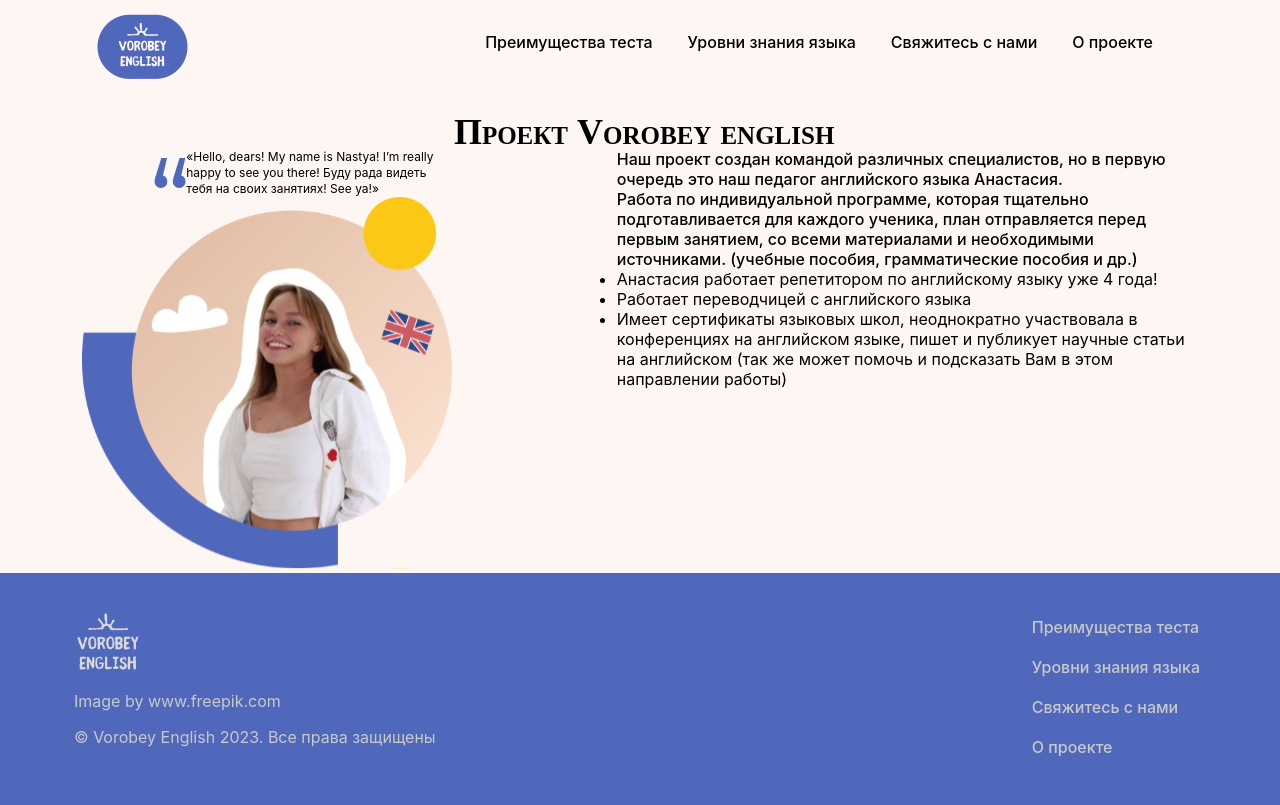
Repository: WladimirVA/PP-01-01_Dandelions
Page: info-customer.html
These files come from the project's save history. The page is drawn as it stood at one moment and after the next save; the edit follows.
The browser window is 1280 px wide. The pictures show the whole page.

Above is the page before, as saved 2023-03-17 10:35:35.

### info-customer.html
<!DOCTYPE html>
<html lang="ru">
<head>
    <meta charset="UTF-8">
    <meta http-equiv="X-UA-Compatible" content="IE=edge">
    <meta name="viewport" content="width=device-width, initial-scale=1.0">
    <link href="./static/css/vorobey.css" rel="stylesheet" type="text/css">
    <link href="./static/css/style.css" rel="stylesheet" type="text/css">
    <link href="./static/css/test.css" rel="stylesheet" type="text/css">
    <link href="./static/css/fonts.css" rel="stylesheet" type="text/css">
    <link rel="icon" sizes="16x16" href="./static/img/Иконка _Лого_ (1_1).svg" type="image/x-icon">
    <title>Vorobeyenglish</title>
</head>
<body>
<header class="header" di="HOME">
    <div class="section">
        <div class="section-header">
            <div class="logo">
                <a href="./"><img src="./static/img/Иконка _Лого_ (1).svg"></a>
            </div>
            <nav>
                <ul class="header-nav">
                    <li><a class="link" href="/">Преимущества теста</a></li>
                    <li><a class="link" href="/">Уровни знания языка</a></li>
                    <li><a class="link" href="mailto:englishtest@yandex.ru">Свяжитесь с нами</a></li>
                    <li><a class="link" href="#">О проекте</a></li>
                </ul>
            </nav>
        </div>
    </div>
</header>
<main>
    <section class="PROECT_VOROBEY">
        <div class="section">
            <div class="content">
                <div class="vorobey-bloc1">
                    <div class="vorobey">
                        <h2 class="vorobey-p">Проект Vorobey english</h2>
                        <div class="foto-vorobey">
                            <img src="./static/img/,,.svg">
                            <p>«Hello, dears! My name is Nastya! I’m really happy to see you there! Буду рада видеть тебя на своих занятиях! See ya!»</p>
                        </div>
                        <img src="./static/img/Group 88 2 1.svg">
                    </div>
                    <div class="help_vorobey">
                        <div class="help-p">
                            <p>Наш проект создан командой различных специалистов, но в первую очередь это наш педагог английского языка Анастасия.</p>
                            <p>Работа по индивидуальной программе, которая тщательно подготавливается для каждого ученика, план отправляется перед первым занятием, со всеми материалами и необходимыми источниками. (учебные пособия, грамматические пособия и др.)</p>
                        </div>
                            <ul>
                            <li>Анастасия работает репетитором по английскому языку уже 4 года!</li>
                            <li>Работает переводчицей с английского языка </li>
                            <li>Имеет сертификаты языковых школ, неоднократно участвовала в конференциях на английском языке, пишет и публикует научные статьи на английском (так же может помочь и подсказать Вам в этом направлении работы)</li>
                        </ul>
                    </div>
                </div>
            </div>
        </div>
    </section>
</main>
<footer class="FOOTER">
    <div class="section-footer">
            <div class="footer-logo">
                <a href="./"><img src="./static/img/Vector (3).svg"></a>
                <p class="footer-logo-p">Image by www.freepik.com</p>
                <p class="footer-logo-p2">© Vorobey English 2023. Все права защищены</p>
            </div>
            <div class="footer-navi">
                <nav>
                    <ul class="footer-nav">
                        <li><a class="footer-link" href="/">Преимущества теста</a></li>
                        <li><a class="footer-link" href="/">Уровни знания языка</a></li>
                        <li><a class="footer-link" href="mailto:englishtest@yandex.ru">Свяжитесь с нами</a></li>
                        <li><a class="footer-link" href="#">О проекте</a></li>
                    </ul>
                </nav>
            </div>
    </div>
</footer>

</body>

</html>

### static/css/vorobey.css
.vorobey-p{
    font-family: 'Work Sans';
    font-style: normal;
    font-weight: 600;
    font-size: 36px;
    line-height: 48px;
    position: absolute;
    width: 458px;
    height: 48px;
    left: 454px;
    top: 108px;
    display: flex;
    align-items: center;
    text-align: center;
    font-variant: small-caps;
    color: #000000;
}

.foto-vorobey {
    display: flex;
    justify-content: flex-end;
}

.foto-vorobey p {
    width: 266px;
    left: 394px;
    top: 213px;
    font-family: 'Inter';
    font-style: normal;
    font-weight: 400;
    font-size: 12px;
    line-height: 16px;
    color: #000000;
}

.vorobey-bloc1 {
    display: flex;
    justify-content: space-around;
}

.help-p {

    left: 693px;
    top: 273px;
    font-family: 'Inter';
    font-style: normal;
    font-weight: 500;
    font-size: 16px;
    line-height: 20px;
    color: #000000;
}

.help_vorobey {
    width: 581px;
}

### static/css/style.css
body {
    scroll-behavior: smooth;
    align-items: center;
    width: 100%;
    max-width: 1366px;
    margin: auto;
    font-family: 'Inter', 'Work Sans', "NunitoSans-Light", Arial, Helvetica, sans-serif;
}

.section {
    margin: 0 auto;
    max-width: 1366px;
}

* {
    margin: 0;
    padding: 0;
}
.header {
    padding: 0 92px 0 59px;
    background-color: #FEF6F3;
}
.section-header {
    justify-content: space-between;
    height: 83px;
    width: 100%;
    display: flex;
    align-items: center;
}
.logo {
    width: 84px;
    height: auto;
}
.header-nav {
    display: flex;
    list-style-type: none;
}
.link {
    text-decoration: none;
    /* cursor: pointer; */
    font-family: 'Inter';
    font-weight: 500;
    font-size: 16px;
    line-height: 19px;
    color: #000000;
}
.header-nav li {
    margin-right: 35px;
}

.HOME {
    padding: 0 92px 108px 93px;
    background-color: #FEF6F3;
}
.section-home {
    align-items: center;
    display: flex;
    justify-content: space-between;
    margin-top: -90px;
}


.title {
    font-family: 'Work Sans';
    font-style: normal;
    font-weight: 600;
    font-size: 40px;
    line-height: 48px;
    display: flex;
    align-items: center;
    letter-spacing: 0.02em;
    text-transform: uppercase;
}
.home_p {
    font-family: 'Work Sans';
    font-style: normal;
    font-weight: 400;
    font-size: 20px;
    line-height: 24px;
    margin-top: 43px;
}

.home_ul {
    margin-top: 35px;
}
.home_li {
    list-style-type: none;
    margin-top: 12px;
    font-family: 'Inter';
    font-style: normal;
    font-weight: 400;
    font-size: 16px;
    line-height: 20px;
}

.check {
    margin-bottom: -7px;
    margin-right: 16px;
}

.buttonsHome {
    margin-top: 68px;
}
.button_home {
    background: #FBC815;
    border-radius: 50px;
    width: 267px;
    height: 56px;
    font-family: 'Inter';
    font-style: normal;
    font-weight: 700;
    font-size: 20px;
    line-height: 24px;
    border: 0;
    cursor: pointer;
}

.button_home:hover {
    background-color: #BC9F3B;
}

.button_home:active {
    background-color: #FDE07D;
}

.image-home {
    max-width: 747px;
    max-height: 496px;
}

.title_2 {
    display: block;
    padding-top: 68px;
    text-transform: none;
    font-family: 'Work Sans';
    font-style: normal;
    font-weight: 800;
    font-size: 36px;
    line-height: 48px;
    align-items: center;
    text-align: center;
}

.WHY-TEST {
    background-color: #FDE4D3;
    Height: 616px;
}

.section-home-2 {
    align-items: center;
    display: flex;
    justify-content: space-around;
    margin-top: 20px;
}

.home-text {
    width: 490px;
}

.p-text {
    margin-top: 32px;
}

.ADVAN_TEST {
    background: #4F68BB;
    color: white;
    height: 665px;
    padding-top: 63px;
    /* margin-top: 120px; */
}

.content_img {
    margin-top: -215px;
    text-align: end;
    margin-right: 50px;
}

.rot-sheet {
    margin: 0 -34px 90px 0px;
}

.rot-sheet-1 {
    margin: 0 -35px 90px 0px;
}

.rot-img1 {
    width: 117px;
    margin-top: 11px;
    margin-right: -20px;
}

.rot-img2 {
    width: 65px;
    margin-bottom: -35px;
}

.rot-img3 {
    width: 78px;
    margin-bottom: 20px;
    margin-left: -20px;
}

img.rot {
    animation: 1s linear 0s normal none infinite running rot;
    -webkit-animation: 4s linear 0s normal none infinite running rot;
    /* width: 100px; */
  }
  @keyframes rot {
    0% {
      transform: rotate(0deg);
    }
    100% {
      transform: rotate(360deg);
    }
  }
  @-webkit-keyframes rot {
    0% {
      transform: rotate(0deg);
    }
    100% {
      transform: rotate(360deg);
    }
  }

  img.rot1 {
    animation: 1s linear 0s normal none infinite running rot1;
    -webkit-animation: 4s linear 0s normal none infinite running rot1;
    /* width: 100px; */
  }
  @keyframes rot1 {
    0% {
      transform: rotate(360deg);
    }
    100% {
      transform: rotate(0deg);
    }
  }
  @-webkit-keyframes rot1 {
    0% {
      transform: rotate(0deg);
    }
    100% {
      transform: rotate(360deg);
    }
  }


.content-ADVAN_TEST {
    display: flex;
    justify-content: space-evenly;
    margin-top: 60px;
}

.test-info {
   width: 300px;
}



.title_3 {
    /* margin-top: 36px; */
    display: block;
    text-transform: none;
    font-family: 'Work Sans';
    font-style: normal;
    font-weight: 800;
    font-size: 36px;
    line-height: 48px;
    align-items: center;
    text-align: center;
}

.advan-test {
    margin: 30px 0 30px 0;
    font-style: normal;
    font-weight: 700;
    font-size: 24px;
    line-height: 32px;
}

.advan-test-p {
    font-style: normal;
    font-weight: 400;
    font-size: 18px;
    line-height: 24px;
}

.advan-test-p-2 {
    margin: 95px 0 0 115px;
    max-width: 1135px;
}

.container {
    display: grid;
    grid-template-columns: repeat(3, 295px);
    justify-items: stretch;
    justify-content: space-around;;
    grid-template-rows: 100px 100px 100px;
    row-gap:  280px;
    margin-top: -30px;
}

.text_test img {
    margin-left: 700px;
}

.container-box h3 {
    font-style: normal;
    font-weight: 700;
    font-size: 32px;
    line-height: 36px;
}

.container-box-p {
    font-style: normal;
    font-weight: 700;
    font-size: 24px;
    line-height: 32px;
    margin: 60px 0 15px 0;
}

.container-box-p2 {
    font-style: normal;
    font-weight: 400;
    font-size: 16px;
    line-height: 24px;
}

.LANGUAGE_LEVELS {
    background-color:  #FEF6F3;
}

.content {
    padding-top: 66px;
}

.container-box {
    position: relative;
}

.box-1 h3 {
    position: absolute;
}

.cloud {
    margin: -11px 0 0 -80px;
    position: absolute;
}

.ball {
    display: block;
    position: inherit;
    margin-left:195px;
    margin-top: 30px;
}

.ball-2 {
    margin-left: 180px;
}

.ball-3 {
    display: block;
    margin-left: 335px;
    margin-top: -199px;
}

.button {
    text-align: center;
    background: #F03F5A;
    cursor: pointer;
    border-radius: 30px;
    border: 0;
}

.TEST {
    background-color: #FBCDA6;
    height: 352px;
}

.test_button {
    margin-top: 30px;
    width: 267px;
    height: 56px;
    font-family: 'Inter';
    font-style: normal;
    font-weight: 700;
    font-size: 20px;
    line-height: 24px;
}

.test_button:hover {
    background-color: #B45060;
}

.test_button:active {
    background-color: #F893A3;
}

.test-now {
    display: flex;
    justify-content: space-between;
    margin-left: 89px;
}

.test-now-text {
    text-align: center;
    margin-top: 15px;
}

.test-now-img {
    margin-top: -159px;
}

.FOOTER {
    background: #4F68BB;
    height: 232px;
    color: #C9C9C9;
}

.footer-logo-p {
    margin-top: -65px;
    margin-left: 74px;
}

.footer-logo-p2 {
    margin-top: 16px;
    margin-left: 74px;
}


.section-footer {
    display: flex;
    justify-content: space-between;
    align-items: center;
    max-width: 1200px;
}

.footer-logo {
    margin-top: -37px;
}

.footer-logo img {
    margin-top: -20px;
}

.footer-navi {
    margin-top: 34px;
}

.footer-nav {
    display: grid;
    list-style-type: none;
    line-height: 2.5;
}

.footer-link {
    text-decoration: none;
    font-family: 'Inter';
    font-weight: 500;
    font-size: 16px;
    line-height: 19px;
    color: #C9C9C9;
    list-style-type: none;
}

.footer-link:hover {
    /* transform: scale(1.2); */
    text-decoration:underline;
}

### static/css/test.css
.header {
    max-width: 1366px;
    max-height: 825px;
    background-color: #FEF6F3;
}
.section {
    width:100%;
    height:100%;
    background-color: #FEF6F3;
}

.quiz-box {
    padding: 146px 0 0 135px;
}

.quiz-header ul {
    line-height: 24px;
    /* width: 214px; */
    font-family: 'Inter';
    font-style: normal;
    font-weight: 400;
    font-size: 20px;
    line-height: 35px;
    list-style-type: none;
}

.quiz-header {
    font-family: 'Inter';
    font-style: normal;
    font-weight: 400;
    font-size: 16px;
    line-height: 20px;
}

.quiz-header h2 {
    margin-bottom: 40px;
}

.button-test {
    padding: 17px 0 47px 0;

}

.test_button {
    background: #4F68BB;
    color:#FFFFFF;
    cursor: pointer;
}

#submit:hover {
    background-color: #1A307A;
}

#submit:active {
    background-color: #97A7DD;
}

.result {
    padding: 100px 0 0 0;
}

.title-result {
    text-align: center;
    align-items: center;
    text-align: center;
    letter-spacing: 0.02em;
    text-transform: uppercase;
    color: #000000;
    font-family: 'Work Sans';
    font-style: normal;
    font-weight: 600;
    font-size: 40px;
    line-height: 48px;
    margin-bottom: 54px;
}

.result1 {
    display: flex;
    justify-content: space-around;
    padding: 0 92px 0 166px;
}

.info-result-p {
    width: 615px;
    height: 235px;
    font-family: 'Inter';
    font-style: normal;
    font-size: 24px;
    line-height: 32px;
    }

.level {
    margin-left: 45px;
}

.level p {
    margin: -85px 0 0 39px;
    font-family: 'Work Sans';
    font-style: normal;
    font-weight: 600;
    font-size: 40px;
    line-height: 48px;
}

/* .level-2 {
    margin-left: 220px;
} */

.lavel-1 {
    font-family: 'Work Sans';
    margin-top: 50px;
    font-style: normal;
    font-weight: 700;
    font-size: 36px;
    line-height: 48px;
    }

.share {
    position: absolute;
}

.share p {
    font-family: 'Inter';
    font-style: normal;
    font-weight: 700;
    font-size: 20px;
    line-height: 24px;
}

.share-img {
    display: flex;
}

.share-img img {
    /* margin: 16px 30px 0 0; */
    padding: 16px 30px 0 0;
}

.appeal {
    display: flex;
    justify-content: space-between;
    background-size: 100%;
    background-color: #FDE4D3;
    padding-top: 75px;
    padding: 70px 195px 0 195px;
    margin-top: 165px;
}

.appeal button {
    width: 320px;
    height: 65px;
}

#application {
    background-color: #F03F5A;
}

#application:hover {
    background-color: #B45060;
}

#application:active {
    background-color: #F893A3;
}

.appeal-text {
    font-family: 'Inter';
    font-style: normal;
    font-size: 24px;
    line-height: 32px;
}

.appeal-text button {
    margin-top: -10px;
}

.appeal img {
    /* margin-right: 180px; */
    padding-top: 20px;
}

.appeal-text p {
    width: 484px;
    height: 154px;
}

### static/css/fonts.css
/* @import url('https://fonts.googleapis.com/css2?family=Work+Sans:ital,wght@0,600;0,800;1,800&display=swap'); */


/* @import url('https://fonts.googleapis.com/css2?family=Inter:wght@400;500;600;700;800&family=Work+Sans:ital,wght@0,600;0,800;1,800&display=swap'); */

/*
@import url('https://fonts.googleapis.com/css2?family=Inter:wght@100;200;300;400;500;600;700;800;900&display=swap');

@import url('https://fonts.googleapis.com/css2?family=Inter:wght@100;200;300;400;500;600;700;800;900&family=Work+Sans:ital,wght@0,100;0,200;0,300;0,400;0,500;0,600;0,700;0,800;0,900;1,100;1,200;1,300;1,400;1,500;1,600;1,700;1,800;1,900&display=swap'); */

After the next save:
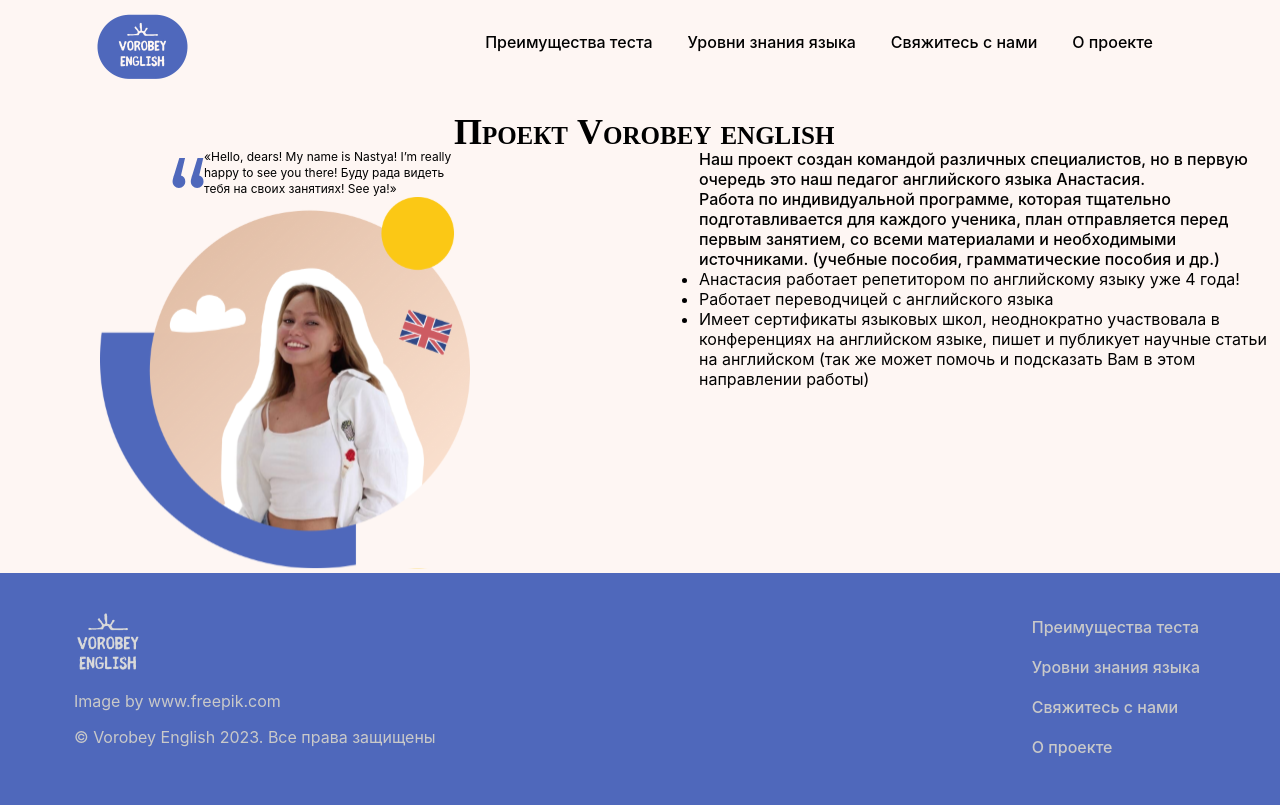
Saved 8 min 30 s later.
--- a/static/css/vorobey.css
+++ b/static/css/vorobey.css
@@ -1,3 +1,7 @@
+.vorobey {
+    padding-left: 100px;
+}
+
 .vorobey-p{
     font-family: 'Work Sans';
     font-style: normal;
@@ -35,7 +39,7 @@
 
 .vorobey-bloc1 {
     display: flex;
-    justify-content: space-around;
+    justify-content: space-between;
 }
 
 .help-p {
